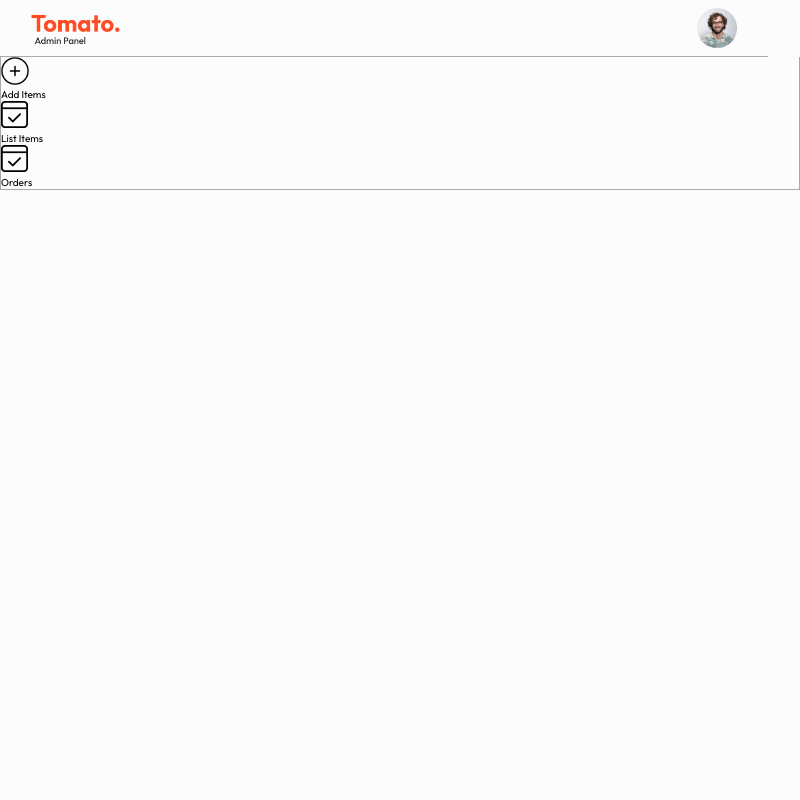
Repository: KartikChouhan03/food-delivery-app
Page: /orders (app in admin/)
An editor plug-in stored every save of this project. The page is shown before and after the next save, followed by the edit.
The browser window is 768 px wide. The page is 800 px wide, then 768 px, so the pictures cover 800 px, including what lies to the right of the window. The pictures show the whole page.
Some web fonts or font styles are not loaded; a fallback is used. The project was rebuilt for these pictures with package versions that can differ from the ones it lists, and the page was loaded fresh each time. Also part of the build but not shown: admin/vite.config.js.

Above is the page before, as saved 2025-08-17 14:19:18.

### admin/index.html
<!doctype html>
<html lang="en">
  <head>
    <meta charset="UTF-8" />
    <link rel="icon" type="image/svg+xml" href="" />
    <meta name="viewport" content="width=device-width, initial-scale=1.0" />
    <title>Foodify Admin</title>
  </head>
  <body>
    <div id="root"></div>
    <script type="module" src="/src/main.jsx"></script>
  </body>
</html>

### admin/src/main.jsx
import { StrictMode } from 'react'
import { createRoot } from 'react-dom/client'
import './index.css'
import App from './App.jsx'
import {BrowserRouter} from "react-router-dom"

createRoot(document.getElementById('root')).render(
  <BrowserRouter>
    <App/>
  </BrowserRouter>

)

### admin/src/index.css
@import url('https://fonts.googleapis.com/css2?family=Montserrat:ital,wght@0,100..900;1,100..900&family=Outfit:wght@100..900&family=Playfair+Display:ital,wght@0,400..900;1,400..900&display=swap');

*{
  padding: 0;
  margin: 0;
  box-sizing: border-box;
  font-family: Outfit;

}

body{
  min-height: 100vh;
  background-color: #fcfcfc;

}

a {
  text-decoration: none;
  color: inherit;
}

hr{
  border:none;
  height: 1px;
  background-color: #a9a9a9;
}

.app-content{
  display: flex;
}

### admin/src/App.jsx
import React from 'react'
import Navbar from './components/Navbar/Navbar'
import Sidebar from './components/Sidebar.jsx/Sidebar'


const App = () => {
  return (
    <div>
      <Navbar/>
      <hr />
      <div className='app-content'>
        <Sidebar/>
      </div>
    </div>
  )
}

export default App

### admin/src/components/Navbar/Navbar.jsx
import React from 'react'
import './Navbar.css'
import {assets} from '../../assets/assets.js'

const Navbar = () => {
  return (
    <div className='navbar'>
      <img className='logo' src={assets.logo} alt="" />
      <img className="profile" src={assets.profile_image} alt="" />
    </div>
  )
}

export default Navbar

### admin/src/components/Sidebar.jsx/Sidebar.jsx
import React from 'react'
import './Sidebar.css'
import { assets } from '../../assets/assets'

const Sidebar = () => {
  return (
    <div className='sidebar'>
        <div className="sidebar-options">
            <div className="sidebar-option">
                <img src={assets.add_icon} alt="" />
                <p>Add Items</p>
            </div>
            <div className="sidebar-option">
                <img src={assets.order_icon} alt="" />
                <p>List Items</p>
            </div>
            <div className="sidebar-option">
                <img src={assets.order_icon} alt="" />
                <p>Orders</p>
            </div>
        </div>

    </div>
  )
}

export default Sidebar

### admin/src/components/Navbar/Navbar.css
.navbar{
    display: flex;
    justify-content: space-between;
    align-items: center;
    padding: 8px 4%;
}

.navbar .logo{
    width: max(10%, 90px);
}

.navbar .profile{
    width: 40px;
}

### admin/src/components/Sidebar.jsx/Sidebar.css
.sidebar{
    width: 18%;
    min-width: 100vh;
    border: 1.5px solid #a9a9a9;
    border-top:0 ;
    font-size: max(1vw,10px);
}

Loaded but not shown: admin/src/assets/assets.js (common file)

After the next save:
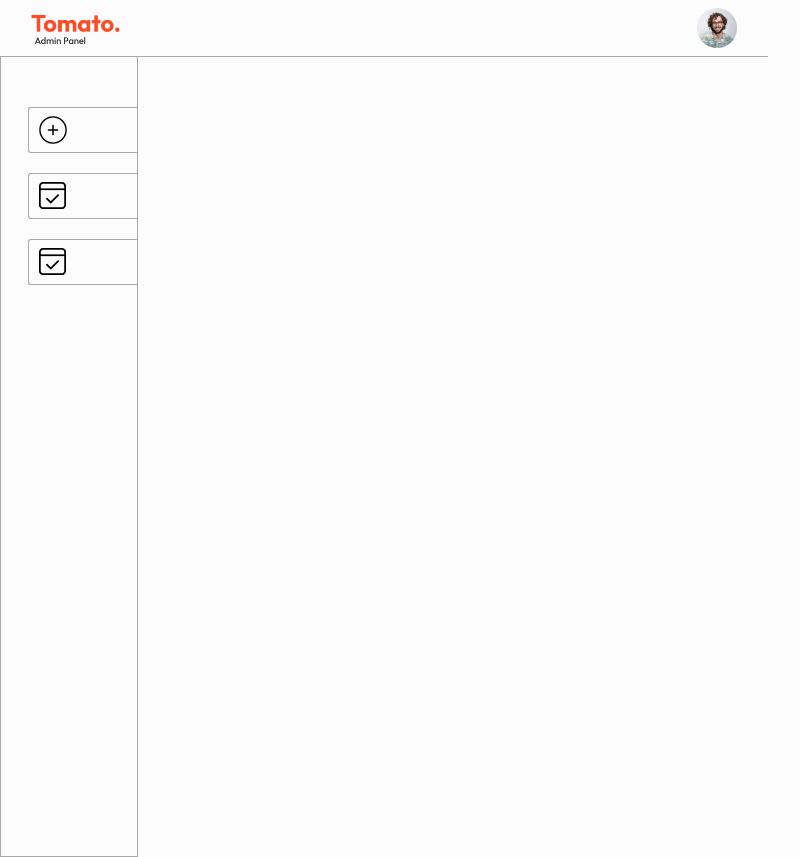
Saved 98 s later.
--- a/admin/src/components/Sidebar.jsx/Sidebar.css
+++ b/admin/src/components/Sidebar.jsx/Sidebar.css
@@ -1,7 +1,32 @@
 .sidebar{
     width: 18%;
-    min-width: 100vh;
+    min-height: 100vh;
     border: 1.5px solid #a9a9a9;
     border-top:0 ;
     font-size: max(1vw,10px);
 }
+
+.sidebar-options{
+    padding-top: 50px ;
+    padding-left: 20%;
+    display: flex;
+    flex-direction: column;
+    gap: 20px;
+}
+
+.sidebar-option{
+    display:flex;
+    align-items: center;
+    gap: 12px;
+    border: 1px solid #a9a9a9;
+    border-right: 0;
+    padding: 8px 10px ;
+    border-radius: 3px 0px 0px 3px;
+    cursor: pointer;
+}
+
+@media (max-width:900px) {
+    .sidebar-option p{
+        display: none;
+    }
+}
